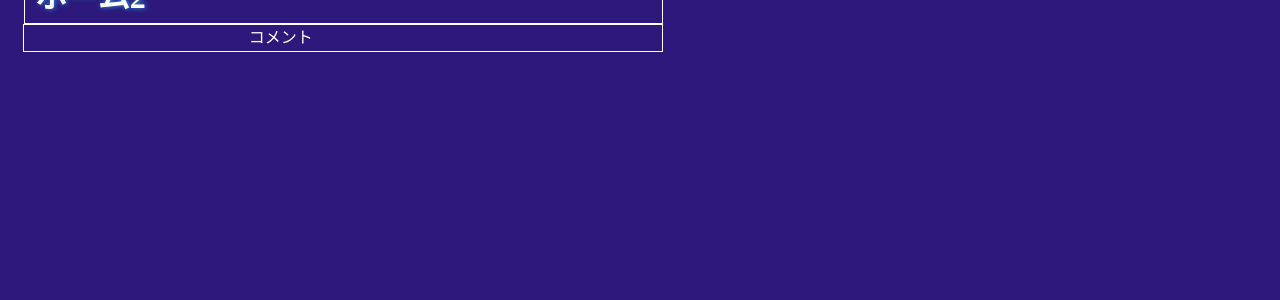
Repository: azuma2/tui2b
Page: http://localhost/come
The author's editor kept a copy of each file at every save. The page is drawn from the files as they stood at one save, then again after the next save.
The browser window is 1280 px wide. The pictures show the whole page.
The page is served by the project's Laravel application, run on PHP 8.4 with Laravel 8. Queries for data that is not in the repository find no rows.

Above is the page before, as saved 2022-03-29 02:36:00.

After the next save:
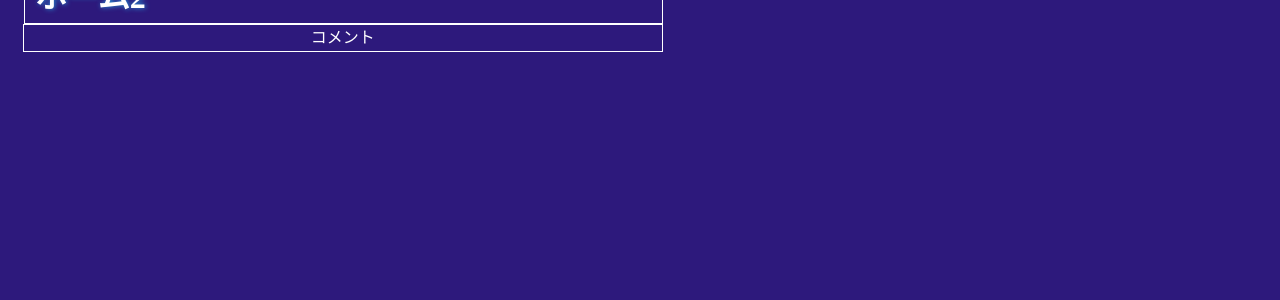
Saved 56 s later.
--- a/resources/views/come.blade.php
+++ b/resources/views/come.blade.php
@@ -179,9 +179,6 @@ font-size:28px;
   <td colspan="5">
     <p class="daiji">コメント</p>
   </td>
-  <td>
-
-  </td>
 </tr>
 
                   </table>
